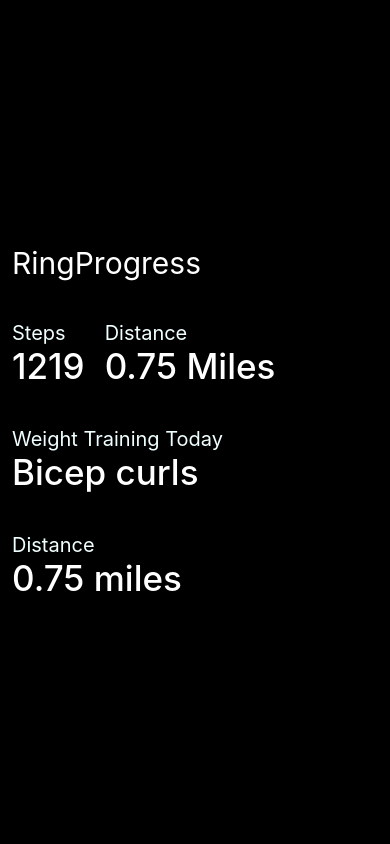
Repository: JamesPesenti/JiMTracker
Screen: /
The author's editor kept a copy of each file at every save. The screen is drawn from the files as they stood at one save, then again after the next save.
The app was drawn by React Native's web renderer in a window 390 px wide. The project was rebuilt for these pictures with package versions that can differ from the ones it lists, and the page was loaded fresh each time.

Above is the screen before, as saved 2023-06-16 13:26:48.

### App.tsx
import { StatusBar } from 'expo-status-bar';
import { StyleSheet, Text, View } from 'react-native';
import Value from "./src/components/Value"
import RingProgress from './src/components/RingProgress';



export default function App() {
  return (
    <View style={styles.container}>
       <RingProgress />
       <View style={{flexDirection: "row", gap: 20}}>
          <Value label="Steps" value="1219" />
          <Value label="Distance" value="0.75 Miles" />
       </View>
          {/* Training */}
           <View>
              <Text style={styles.label}>Weight Training Today</Text>
              <Text style={styles.amount}>Bicep curls</Text>
           </View>

        <View style={{flexDirection: 'row'}}>
          {/* new */}
          <View>
              <Text style={styles.label}>Distance</Text>
              <Text style={styles.amount}>0.75 miles</Text>
          </View>
        </View>
      <StatusBar style="auto" />
    </View>
  );
}

const styles = StyleSheet.create({
  container: {
    flex: 1,
    backgroundColor: 'black',
    justifyContent: 'center',
    padding: 12,
    marginHorizontal: 0,
    gap: 40,
  },
  label: {
    color: "azure",
    fontSize: 20,
  },
  amount: {
    color: "white",
    fontSize: 35,
    fontWeight: "500"
  }
});

### src/components/Value.tsx
import { StyleSheet, Text, View } from 'react-native';

type ValueProps = {
  label: string;
  value: string;
}

const Value = ({ label, value }: ValueProps) => {
  return (
    <>
     <View>
      <Text style={styles.label}>{label}</Text>
      <Text style={styles.amount}>{value}</Text>
     </View>
    </>
  )
}

export default Value

const styles = StyleSheet.create({
   label: {
      color: "azure",
      fontSize: 20,
    },
    amount: {
      color: "white",
      fontSize: 35,
      fontWeight: "500"
    }
})

### src/components/RingProgress.tsx
import { StyleSheet, Text, View } from 'react-native'
import React from 'react'

const RingProgress = () => {
  return (
    <View>
      <Text style={{fontSize: 30, color: "white"}}>RingProgress</Text>
    </View>
  )
}

export default RingProgress

const styles = StyleSheet.create({})

After the next save:
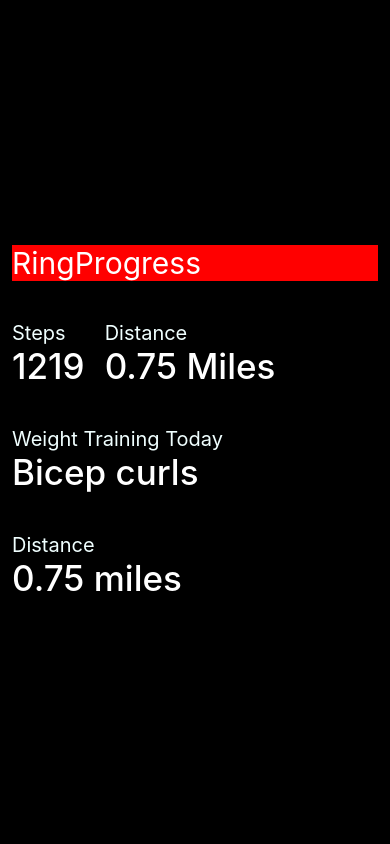
Saved 3 min 13 s later.
--- a/src/components/RingProgress.tsx
+++ b/src/components/RingProgress.tsx
@@ -1,9 +1,16 @@
 import { StyleSheet, Text, View } from 'react-native'
 import React from 'react'
 
-const RingProgress = () => {
+type RingProgressProps = {
+   radius: number;
+
+}
+
+const RingProgress = ({radius}: RingProgressProps) => {
   return (
-    <View>
+    <View
+      style={{width: radius * 2, height: radius * 2, backgroundColor: "red"}}
+   >
       <Text style={{fontSize: 30, color: "white"}}>RingProgress</Text>
     </View>
   )
